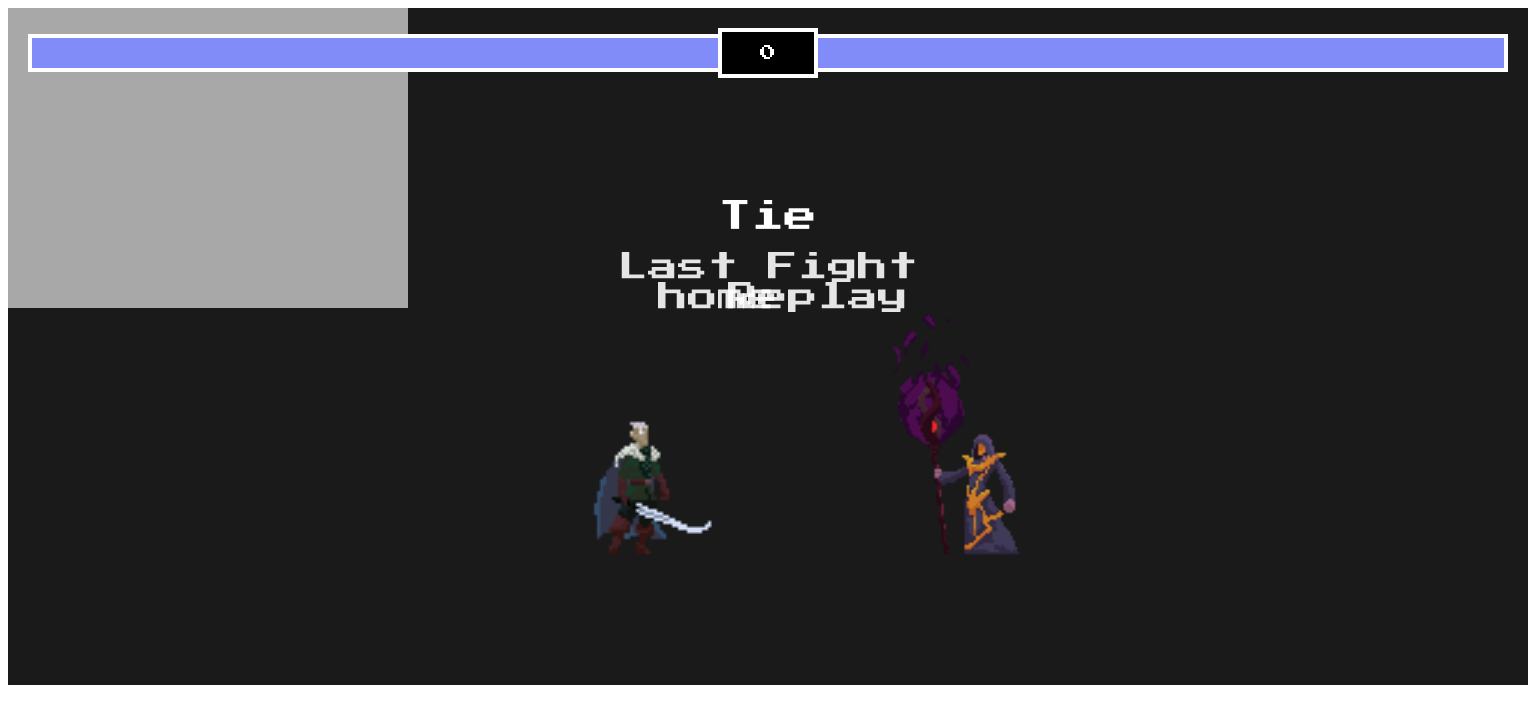
Repository: Gaurav31052/Fighting-game
Page: index.html
An editor plug-in stored every save of this project. The page is shown before and after a run of saves, followed by the edit.
The browser window is 1280 px wide. The page is 1528 px wide, so the pictures cover 1528 px, including what lies to the right of the window. The pictures show the whole page.
Some web libraries are served in a nearby version.

Above is the page before, as saved 2024-05-30 22:25:35.

After the next 3 saves:
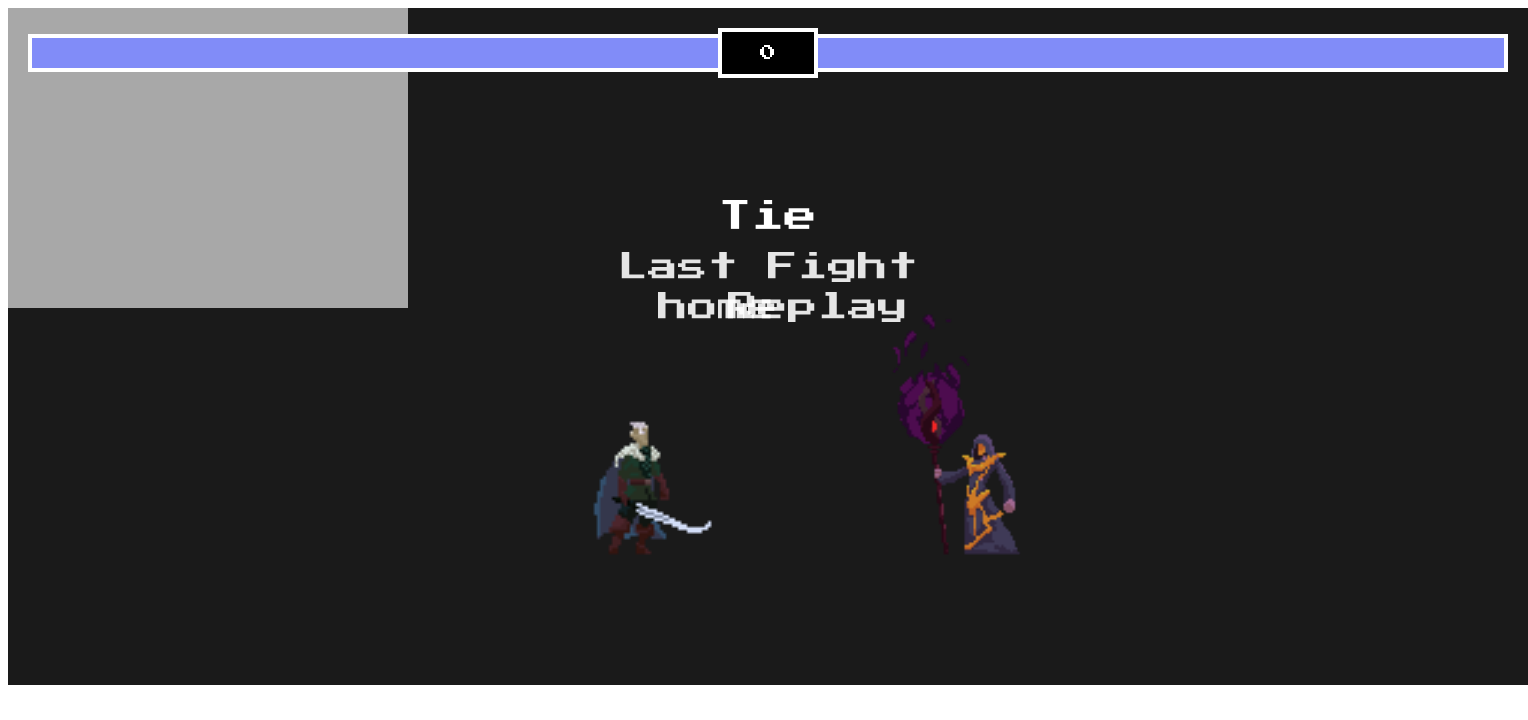
The 3 saves are shown as one change because they came seconds apart.
The last was saved 25 s later.
--- a/index.html
+++ b/index.html
@@ -53,9 +53,9 @@
 
 
         <div id="displayText4" style="position: absolute; color: white; display: flex; align-items: center; justify-content: center; top: 0;
-        right: 0; left: 100; bottom: 100; font-size: 30px; display: none; opacity: 0; animation: fadeIn 5s forwards; ">Replay</div>
+        right: 0; left: 100; bottom: 80; font-size: 30px; display: none; opacity: 0; animation: fadeIn 5s forwards; ">Replay</div>
         <div id="displayText5" style="position: absolute; color: white; display: flex; align-items: center; justify-content: center; top: 0;
-        right: 100; left: 0; bottom: 100; font-size: 30px; display: none; opacity: 0; animation: fadeIn 5s forwards; ">home</div>
+        right: 100; left: 0; bottom: 80; font-size: 30px; display: none; opacity: 0; animation: fadeIn 5s forwards; ">home</div>
 
 
 
